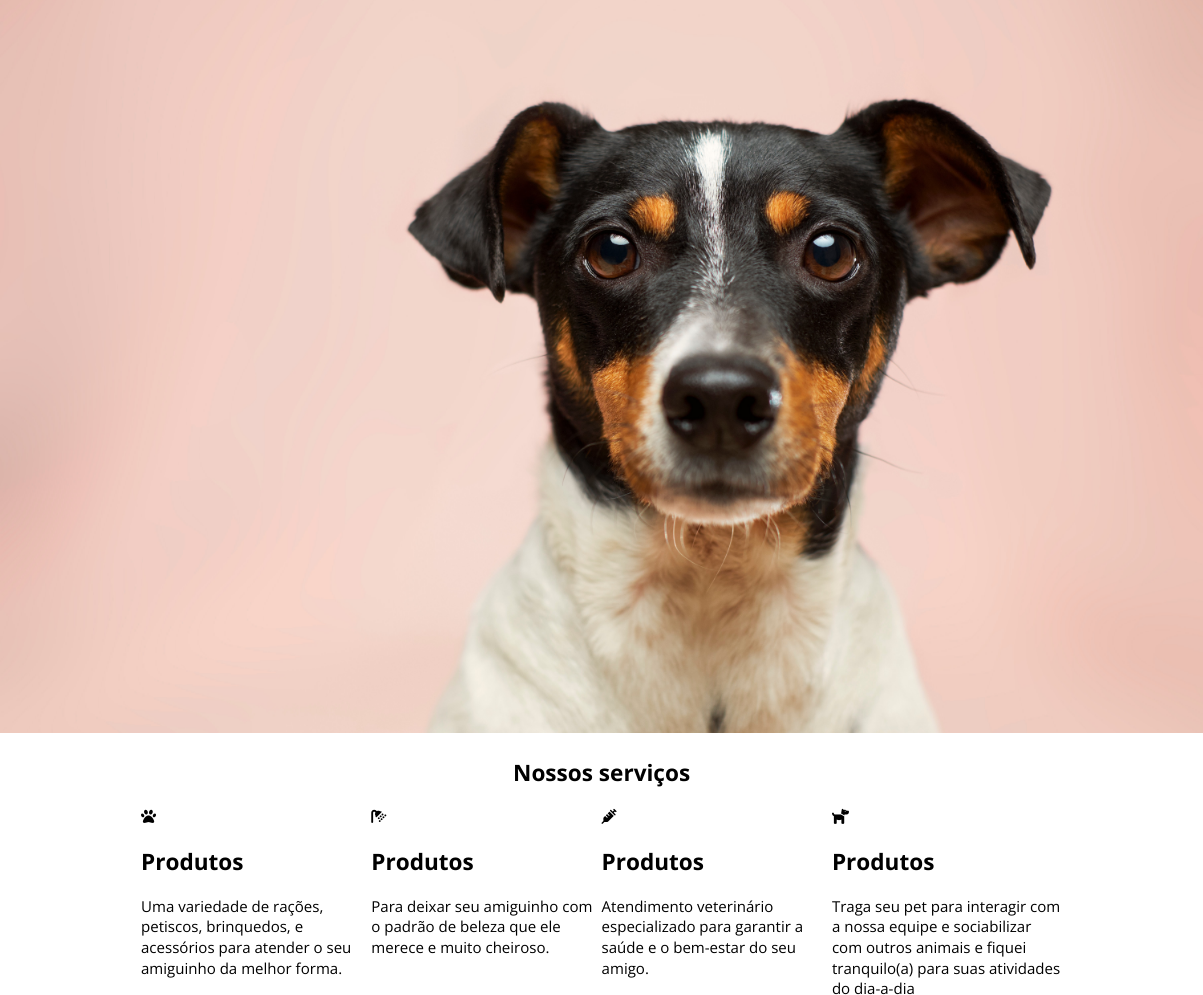
Repository: Carolden/ProhetoPetShop
Page: index.html
An editor plug-in stored every save of this project. The page is shown before and after the next save, followed by the edit.
The browser window is 1280 px wide. The pictures show the part of the page from y = 270 to 1329 px (the page is 2863 px tall), at 94% of full size.
A picture or video elsewhere on the page could not be fetched, so the positions and the page height are approximate.

Above is the page before, as saved 2023-04-28 10:26:16.

### index.html
<!DOCTYPE html>
<html lang="pt-BR">
<head>
    <meta charset="UTF-8">
    <meta http-equiv="X-UA-Compatible" content="IE=edge">
    <meta name="viewport" content="width=device-width, initial-scale=1.0">
    <title>Pet&Shop</title>
    <link rel="stylesheet" href="index.css">
    <link rel="stylesheet" href="sobre.css">
    <link rel="stylesheet" href="produtos.css">
    <link rel="stylesheet" href="servicos.css">
    <link rel="stylesheet" href="faleconosco.css">
    <link rel="stylesheet" href="https://cdnjs.cloudflare.com/ajax/libs/font-awesome/6.4.0/css/all.min.css">
    <link rel="preconnect" href="https://fonts.googleapis.com">
    <link rel="preconnect" href="https://fonts.gstatic.com" crossorigin>
    <link href="https://fonts.googleapis.com/css2?family=Open+Sans:wght@300;400;500;600;700;800&display=swap" rel="stylesheet">
</head>
<body>
    <header>

        <div class="headerrow">
            <div class="headercolumn">
                <img src="Imagens/logo-colored.svg" alt="logo" class="logocolored">
            </div>

            <div>
                <nav class="menu">
                    <a href="index.html" class="active">Home</a>
                    <a href="sobre.html">Sobre</a>
                    <a href="produtos.html">Produtos</a>
                    <a href="servicos.html">Serviços</a>
                    <a href="faleconosco.html">Fale Conosco</a>
                </nav>
            </div>
        </div>


    </header>

    <section>
        <img src="Imagens/banner.jpg" alt="banner" class="banner">
    </section>

    <main>

        <section class="container">

            <h1 class="h1">Nossos serviços</h1>

            <div class="servicesrow">

                <div class="servicescolumn">
                    <i class="fa-solid fa-paw"></i>
                    <h2>Produtos</h2>
                    <p>Uma variedade de rações, petiscos, brinquedos, e acessórios para atender o seu amiguinho da melhor forma.</p>
                </div>

                <div class="servicescolumn">
                    <i class="fa-solid fa-shower"></i>
                    <h2>Produtos</h2>
                    <p>Para deixar seu amiguinho com o padrão de beleza que ele merece e muito cheiroso.</p>
                </div>

                <div class="servicescolumn">
                    <i class="fa-solid fa-syringe"></i>
                    <h2>Produtos</h2>
                    <p>Atendimento veterinário especializado para garantir a saúde e o bem-estar do seu amigo. </p>
                </div>

                <div class="servicescolumn">
                    <!-- alterar icone com color e font zie, colocar link no head -->
                    <i class="fa-solid fa-dog"></i>
                    <h2>Produtos</h2>
                    <p>Traga seu pet para interagir com a nossa equipe e sociabilizar com outros animais e fiquei tranquilo(a) para suas atividades do dia-a-dia</p>
                </div>

            </div>

        <section>



        </section class="container">

            <div class="logowhitetext">
                <img src="Imagens/logo-white.svg" alt="logowhite" class="logowhite">
                <p><bolder>Só quem é apaixonado por animais sabe: </bolder>a relação de amor e cumplicidade que temos com nossos bichinhos de estimação é um vínculo único! Por essa razão, não medimos esforços para oferecer o que há de melhor para trazer ainda mais alegria e qualidade de vida. Rações, acessórios, medicamentos e brinquedos estão na nossa listinha de prioridades; e tudo isso você encontra aqui na pet&shop.</p>
            </div>

        </section>

        <section class="container">

            <div class="prodrow">

                <div class="prodcolumn">
                    <img src="Imagens/Produtos/product-1.webp" alt="ração">
                    <p>Royal Canin Maxi Adult 15kg</p>
                    <h4>R$ 109,90</h4>
                </div>

                <div class="prodcolumn">
                    <img src="Imagens/Produtos/product-2.webp" alt="ração">
                    <p>Premier Fórmula Raças Medias Adulto</p>
                    <h4>R$ 79,90</h4>
                </div>

                <div class="prodcolumn">
                    <img src="Imagens/Produtos/product-3.webp" alt="ração">
                    <p>Pro Plan Raças Pequenas Reduced Calorie</p>
                    <h4>R$ 79,90</h4>
                </div>

                <div class="prodcolumn">
                    <img src="Imagens/Produtos/product-4.webp" alt="ração">
                    <p>EasOtic 10ml - Virbac</p>
                    <h4>R$ 169,90</h4>
                </div>

                <div class="prodcolumn">
                    <img src="Imagens/Produtos/product-5.webp" alt="moletom">
                    <p>Moletom Snoopy Sleeping Azul - Zooz</p>
                    <h4>R$ 39,90</h4>
                </div>

                <div class="prodcolumn">
                    <img src="Imagens/Produtos/product-6.webp" alt="ração">
                    <p>N&D Ancestral Selection Cães Adultos Raças Grandes</p>
                    <h4>R$ 89,90</h4>
                </div>

            </div>

            <div class="prodrow">

                <div class="prodcolumn">
                    <img src="Imagens/Produtos/product-7.webp" alt="ração">
                    <p>Kit Hills Prescription Diet Lata A/D Urgent Care 156g</p>
                    <h4>R$ 44,90</h4>
                </div>

                <div class="prodcolumn">
                    <img src="Imagens/Produtos/product-8.webp" alt="ração">
                    <p>Three Cats Original Sênior 10,1kg</p>
                    <h4>R$ 69,90</h4>
                </div>

                <div class="prodcolumn">
                    <img src="Imagens/Produtos/product-9.webp" alt="ração">
                    <p>Peitoral Ergocomfort Rosa Ferplast</p>
                    <h4>R$ 134,90</h4>
                </div>

                <div class="prodcolumn">
                    <img src="Imagens/Produtos/product-10.webp" alt="ração">
                    <p>Peitoral Para Cachorros Sail Dog 27</p>
                    <h4>R$ 129,90</h4>
                </div>

                <div class="prodcolumn">
                    <img src="Imagens/Produtos/product-11.webp" alt="ração">
                    <p>Guia Para Cachorros Tropical Dog 27</p>
                    <h4>R$ 114,90</h4>
                </div>

                <div class="prodcolumn">
                    <img src="Imagens/Produtos/product-12.webp" alt="ração">
                    <p>Guia Para Cachorros One Dog 27</p>
                    <h4>R$ 114,90</h4>
                </div>

            </div>

            <button>Ver mais</button>

        </section>

    </main>

    <footer class="container">

        <div>
            <img src="Imagens/logo-white.svg" alt="logo" class="logofooter">
        </div>

        <div class="footerrow">

            <div class="footercolumn">
                <h4>Contato</h4>
                <address>
                    Estrada sem nome, 1234, Sala 0
                    Bairro - Cidade / UF
                    12345-678
                    (00) 99999-9999
                    contato@petshop.com.br
                </address>
            </div class="cootercolumn">
                <h4>Horário de funcionamento</h4>
                <p>
                    De Segunda a Sexta-feira das 9 às 19hs.
                    Aos Sábados das 9 às 18hs.
                </p>
            <div>
                <h4>Siga-nos</h4>
                <i class="fa-brands fa-facebook-f"></i>
                <i class="fa-brands fa-instagram"></i>
                <i class="fa-brands fa-tiktok"></i>
                <i class="fa-brands fa-twitter"></i>
                <i class="fa-brands fa-youtube"></i>
            </div>

        </div>

        <div class="devdbycrie">
            <p>© 2022 pet&shop | Todos os direitos reservados. Desenvolvido por Crie_TI</p>
        </div>


    </footer>






















































</body>
</html>

### index.css

@import url('https://fonts.googleapis.com/css2?family=Open+Sans:wght@300&display=swap');


body {
    margin: 0;
    border: 0;
    font-family: 'Open Sans', sans-serif;
}

.logocolored {
    width: 300px;
}

.headerrow {
    display: flex;
    width: 100%;
    align-items: center;
    padding-top: 10px;
    padding-bottom: 10px;
}

.menu a {
    text-decoration: none;
    padding: 12px;
    color: #382c32;
    font-weight: 600;
    font-size: 18px;
}

a.active {
    color: white;
    background-color: #FF0077;;
    padding-top: 100%;
    padding-bottom: 100%;
}

a.active:hover {
    color: white
}

a:hover {
    color: #FF0077;;
}

.headercolumn {
    width: 50%;
    padding-left: 150px;
}

.banner{
    width: 100%;
    height: 800px;
    object-fit: cover;
}

.servicesrow {
    display: flex;
    width: 100%;
}

.servicescolumn {
    width: 25%;
    align-items: center;
    justify-content: center;
}




.h1 {
    text-align: center;
}

.logowhite {
    width: 300px;
}

.logowhitetext {
    background-color: blue;
    width: 100%;
}

.container {
    margin-left: 150px;
    margin-right: 150px;
}

.prodrow {
    display: flex;
    width: 100%;
}

.prodcolumn {
    width: 16.66%;
}

.prodcolumn img {
    width: 100%;
    height: auto;
    object-fit: cover;
}

.footerrow {
    display: flex;
}

Loaded but not shown: sobre.css (no stored copy; drawn as an empty file); produtos.css (no stored copy; drawn as an empty file); servicos.css (no stored copy; drawn as an empty file); faleconosco.css (no stored copy; drawn as an empty file)

After the next save:
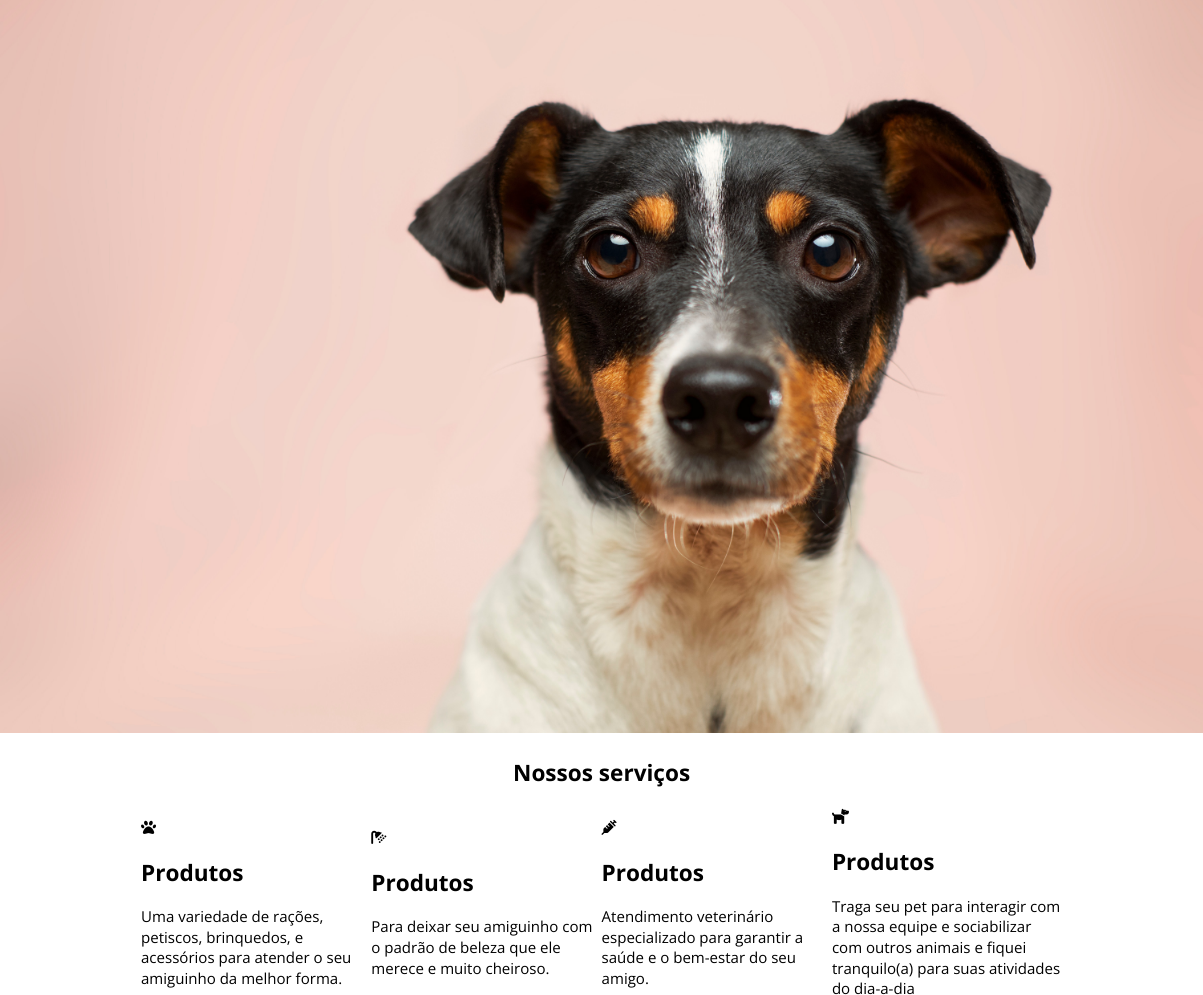
Saved 9 s later.
--- a/index.css
+++ b/index.css
@@ -62,7 +62,7 @@
 .servicescolumn {
     width: 25%;
     align-items: center;
-    justify-content: center;
+    align-content: center;
 }
 
 

After the save that followed:
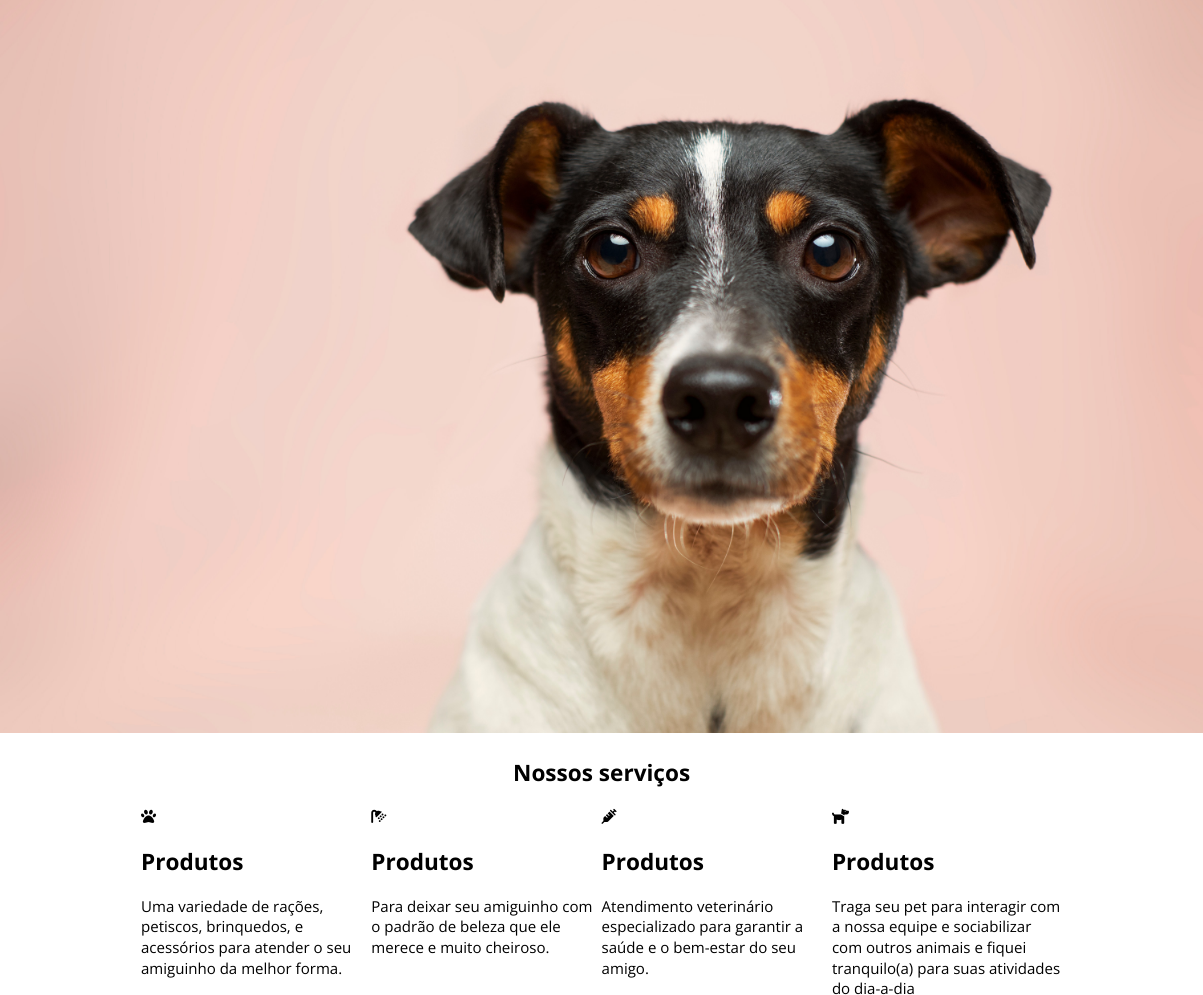
Saved 18 s later.
--- a/index.css
+++ b/index.css
@@ -62,7 +62,10 @@
 .servicescolumn {
     width: 25%;
     align-items: center;
-    align-content: center;
+}
+
+.servicescolumn h2 {
+    align-items: center;
 }
 
 
